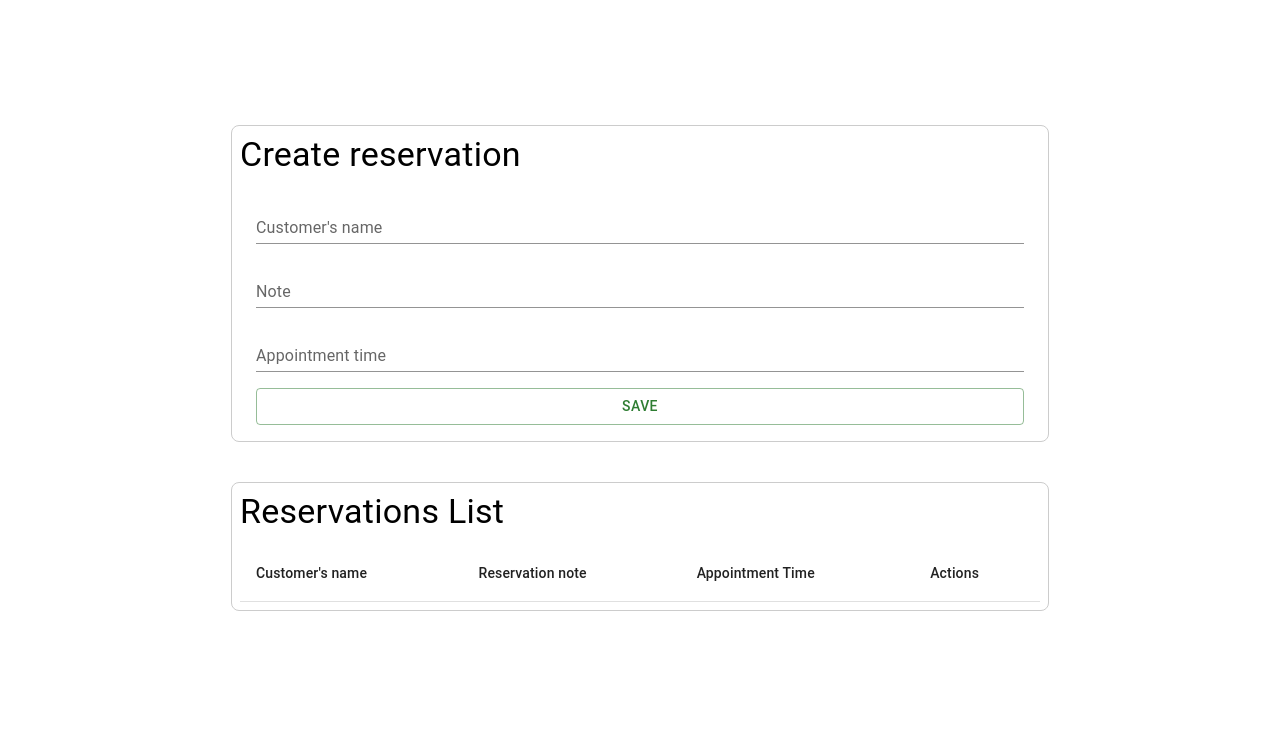
Repository: dovix58/PSP
Page: /beauty (app in frontEnd/)
The author's editor kept a copy of each file at every save. The page is drawn from the files as they stood at one save, then again after the next save.
The browser window is 1280 px wide. The pictures show the whole page.
The page's requests for data from a server got no answer. The project was rebuilt for these pictures with package versions that can differ from the ones it lists, and the page was loaded fresh each time. No one was signed in, and anything a server would have sent is missing. Also part of the build but not shown: frontEnd/vite.config.ts, frontEnd/src/LandingPage.tsx, frontEnd/src/api/productAPI.ts, frontEnd/src/CreateOrder.tsx, frontEnd/src/api/OrderApi.ts, frontEnd/src/PaymentModal.tsx, frontEnd/src/OrderList.tsx, frontEnd/src/Styles.ts and 3 more.

Above is the page before, as saved 2024-12-19 13:48:27.

### frontEnd/src/main.tsx
import React from 'react';
import ReactDOM from 'react-dom/client';
import {createBrowserRouter, RouterProvider} from "react-router-dom";
import LandingPage from "./LandingPage";
import CateringPage from "./CatringPage";
import BeautyPage from "./BeautyPage";

const router = createBrowserRouter([
    {
        path: '/',
        element: <LandingPage />
    },
    {
        path: '/catering',
        element: <CateringPage />
    },
    {
        path: "/beauty",
        element: <BeautyPage/>
    }
]);
ReactDOM.createRoot(
    document.getElementById('root') as HTMLElement
).render(
    <React.StrictMode>
        <RouterProvider router={router} />
    </React.StrictMode>
);

### frontEnd/src/BeautyPage.tsx
import React from "react";
import { Box } from "@mui/material";
import ReservationList from "./ReservationList";
import CreateReservation from "./CreateReservation";

export default function BeautyPage() {
  return (
    <Box
      component="div"
      sx={{
        display: "flex",
        flexDirection: "column",
        alignItems: "center",
        justifyContent: "center",
        height: "100vh",
        gap: 3,
      }}
    >
      <CreateReservation />
      <ReservationList />
    </Box>
  );
}

### frontEnd/src/ReservationList.tsx
import React, { useEffect, useState } from "react";
import { format } from "date-fns";
import {
  Box,
  Typography,
  CircularProgress,
  Table,
  TableContainer,
  TableHead,
  TableRow,
  TableCell,
  TableBody,
  Button,
} from "@mui/material";

interface Reservation {
  id: string; // UUID
  businessId: string; // UUID
  userId: string; // UUID
  customer: string;
  note: string;
  createdAt: string; // ISO 8601 DateTime format
  updatedAt: string; // ISO 8601 DateTime format
  appointmentTime: string; // ISO 8601 DateTime format
}

type ReservationsResponse = Reservation[];

export default function ReservationList() {
  const [reservations, setReservations] = useState<null | ReservationsResponse>(
    null
  );
  const [isLoading, setIsLoading] = useState(false);

  //Handler for a delete button
  const onDeleteHandler = async (id: string) => {
    try {
      const success = await deleteReservations(id);
      if (success) {
        await getReservations(); // Fetch updated reservations only on success
      }
    } catch (error) {
      console.error("Error during deletion:", error);
    }
  };

  const deleteReservations = async (id: string): Promise<boolean> => {
    try {
      const response = await fetch(`api/v1/reservations/${id}`, {
        method: "DELETE",
      });
      if (response.status === 204) {
        console.log("Reservation deleted successfully.");
        return true;
      } else {
        console.error("Failed to delete the reservation.");
        return false;
      }
    } catch (error) {
      console.error("Error during deletion:", error);
      return false;
    }
  };

  const getReservations = async () => {
    setIsLoading(true);
    try {
      const res = await fetch("api/v1/reservations");
      const resData = await res.json();
      console.log(resData);
      setReservations(resData);
      setIsLoading(false);
    } catch (e) {
      setIsLoading(false);
      console.error("Error fetching reservations:", e);
    }
  };

  useEffect(() => {
    getReservations();
  }, []);
  return (
    <Box
      sx={{
        border: "1px solid #ccc",
        borderRadius: "8px",
        padding: "8px",
        margin: "8px 0",
        maxHeight: 400,
        width: 800,
        overflowY: "auto",
      }}
    >
      <Typography variant="h4" gutterBottom>
        Reservations List
      </Typography>{" "}
      {isLoading ? (
        <CircularProgress />
      ) : reservations != null && reservations.length === 0 ? (
        <Typography variant="h6">No reservations are made...</Typography>
      ) : (
        <TableContainer>
          <Table>
            <TableHead>
              <TableRow>
                <TableCell align="left">Customer's name</TableCell>
                <TableCell align="left">Reservation note</TableCell>
                <TableCell align="left">Appointment Time</TableCell>
                <TableCell align="left">Actions</TableCell>
              </TableRow>
            </TableHead>
            <TableBody>
              {reservations?.map((r, index) => (
                <TableRow key={r.id}>
                  <TableCell align="left">{r.customer}</TableCell>
                  <TableCell align="left">{r.note}</TableCell>
                  <TableCell align="left">
                    {format(new Date(r.appointmentTime), "MMMM d, yyyy hh:mm ")}
                  </TableCell>
                  <TableCell align="left">
                    <Button
                      variant="outlined"
                      color="error"
                      onClick={() => onDeleteHandler(r.id)}
                    >
                      Delete
                    </Button>
                  </TableCell>
                </TableRow>
              ))}
            </TableBody>
          </Table>
        </TableContainer>
      )}
    </Box>
  );
}

### frontEnd/src/CreateReservation.tsx
import React from "react";
import { Box, Typography, TextField, Stack, Button } from "@mui/material";

export default function CreateReservation() {
  return (
    <Box
      sx={{
        border: "1px solid #ccc",
        borderRadius: "8px",
        padding: "8px",
        margin: "8px 0",
        maxHeight: 400,
        width: 800,
        overflowY: "auto",
      }}
    >
      <Typography variant="h4" gutterBottom>
        Create reservation
      </Typography>
      <Box sx={{ display: "flexColumn", px: 2, py: 1 }}>
        <form>
          <Stack spacing={2}>
            <TextField id="name" label="Customer's name" variant="standard" />
            <TextField id="note" label="Note" variant="standard" />
            <TextField id="time" label="Appointment time" variant="standard" />
            <Stack dierction="row">
              <Button variant="outlined" color="success">
                Save
              </Button>
            </Stack>
          </Stack>
        </form>
      </Box>
    </Box>
  );
}

Loaded but not shown: frontEnd/index.html (common file)

After the next save:
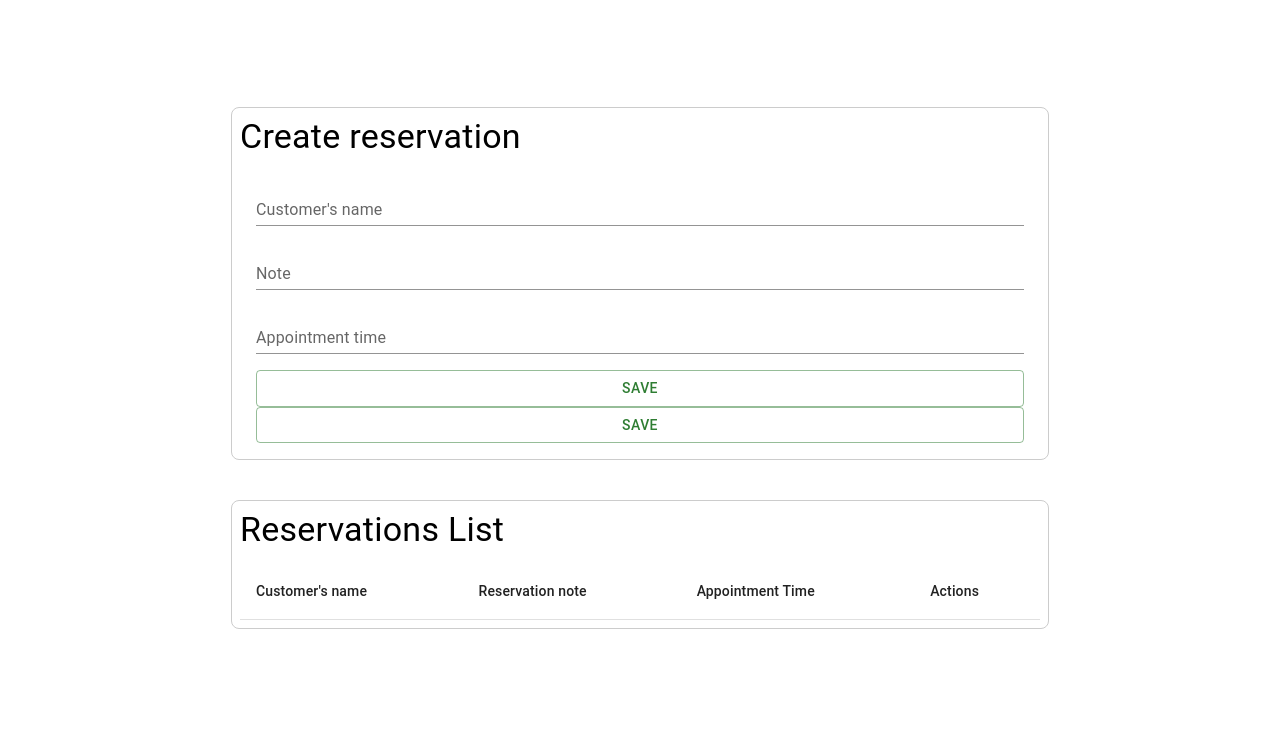
Saved 5 s later.
--- a/frontEnd/src/CreateReservation.tsx
+++ b/frontEnd/src/CreateReservation.tsx
@@ -27,6 +27,9 @@ export default function CreateReservation() {
               <Button variant="outlined" color="success">
                 Save
               </Button>
+              <Button variant="outlined" color="success">
+                Save
+              </Button>
             </Stack>
           </Stack>
         </form>
